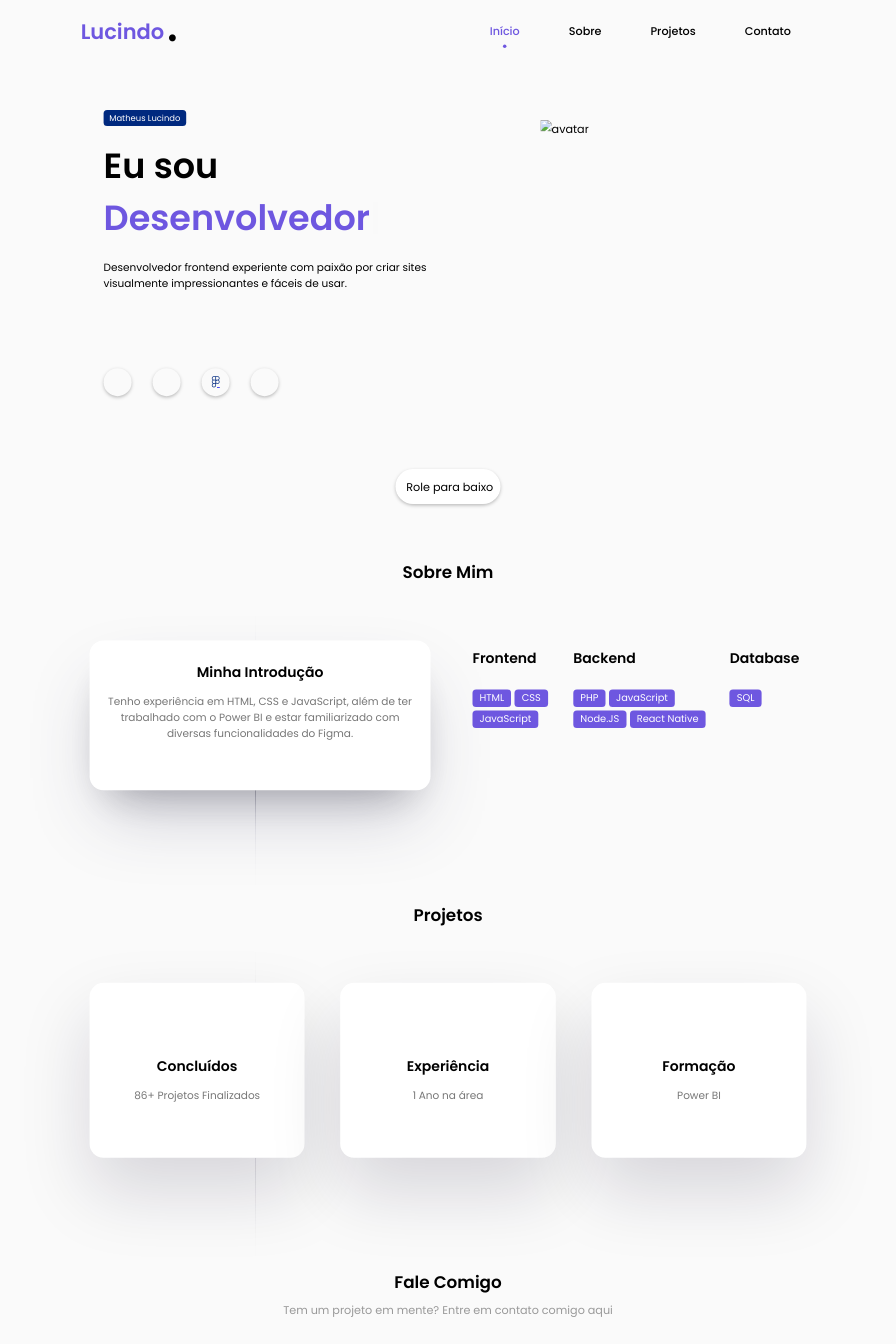
Repository: Matheus904-12/PrePortf
Page: index.html
These files come from the project's save history. The page is drawn as it stood at one moment and after the next save; the edit follows.
The browser window is 1280 px wide. The pictures show the part of the page from y = 0 to 1920 px (the page is 2744 px tall), at 70% of full size.
Some icons come from a web library that is not loaded, so they are not drawn. Some web libraries are served in a nearby version.

Above is the page before, as saved 2024-02-28 20:17:05.
Not found: pro.png

After the next save:
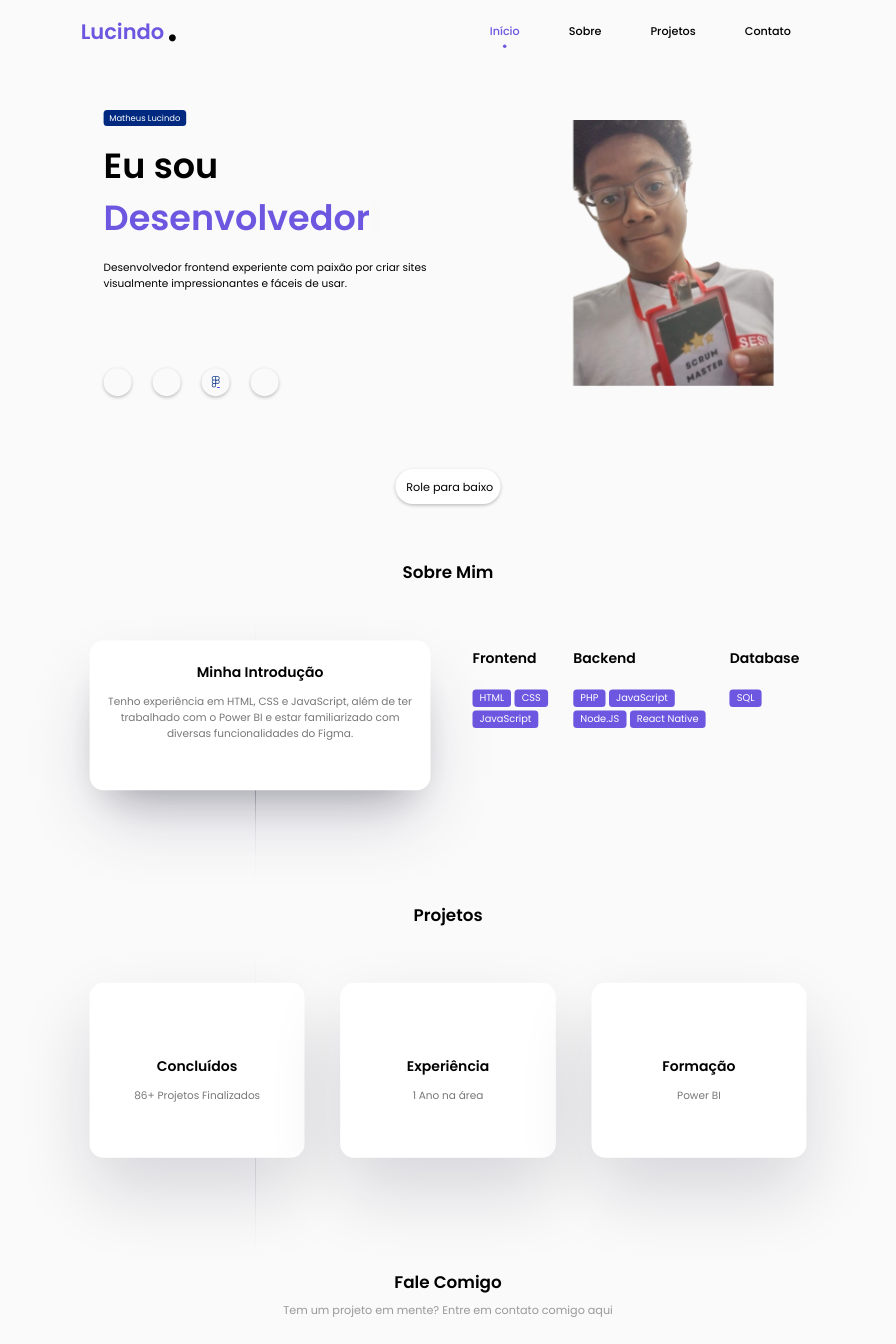
Saved 75 min 11 s later.
--- a/index.html
+++ b/index.html
@@ -76,7 +76,7 @@
                 </div>
                 <div class="featured-image">
                     <div class="image">
-                        <img src="pro.png" alt="avatar">
+                        <img src="IMG_20230613_163822582_HDR-removebg-preview.png" alt="avatar">
                     </div>
                 </div>
                 <div class="scroll-icon-box">
